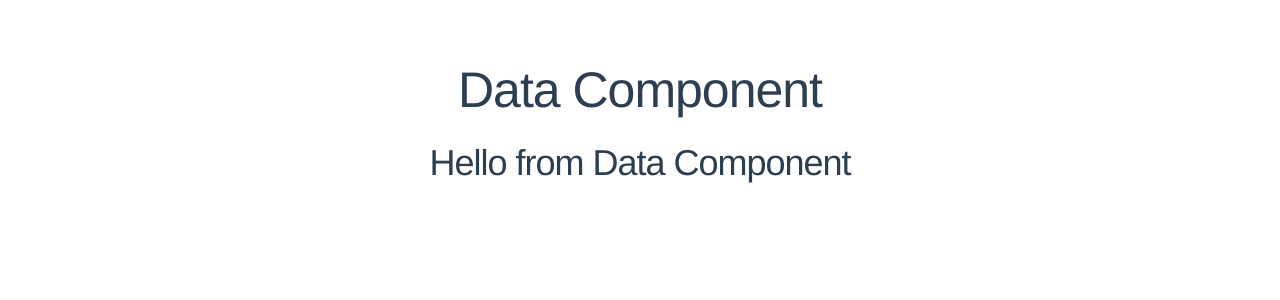
Repository: chsvk/Vue-JS-Course
Page: /
These files come from the project's save history. The page is drawn as it stood at one moment and after the next save; the edit follows.
The browser window is 1280 px wide. The pictures show the whole page.
The project was rebuilt for these pictures with package versions that can differ from the ones it lists, and the page was loaded fresh each time.

Above is the page before, as saved 2019-03-12 21:14:07.

### public/index.html
<!DOCTYPE html>
<html lang="en">
  <head>
    <meta charset="utf-8">
    <meta http-equiv="X-UA-Compatible" content="IE=edge">
    <meta name="viewport" content="width=device-width,initial-scale=1.0">
    <link rel="icon" href="<%= BASE_URL %>favicon.ico">
    <link rel="stylesheet" href="https://cdnjs.cloudflare.com/ajax/libs/skeleton/2.0.4/skeleton.min.css">
    <title>testproject</title>
  </head>
  <body>
    <noscript>
      <strong>We're sorry but testproject doesn't work properly without JavaScript enabled. Please enable it to continue.</strong>
    </noscript>
    <div id="app"></div>
    <!-- built files will be auto injected -->
  </body>
</html>

### src/App.vue
<template>
  <div id="app">
    <Data :message="message" :age="10" />
  </div>
</template>


<script>
import Data from '@/components/Data'
export default {
  name: 'app',
  components:{
    Data
  },
  data(){
    return{
      message: 'Hello from Data Component'
    }
  },


}
</script>

<style lang="scss">
#app {
  font-family: 'Avenir', Helvetica, Arial, sans-serif;
  -webkit-font-smoothing: antialiased;
  -moz-osx-font-smoothing: grayscale;
  text-align: center;
  color: #2c3e50;
  margin-top: 60px;
}
</style>

### src/components/Data.vue
<template>
    <div class="data">
        <h1>Data Component</h1>
        <h3>{{message}}</h3>
    </div>
</template>

<script>
export default {
    props: {
        message: {
            type: String,
            required: true
        },
        age: {
            type: Number,
            required: false
        }
    }
}
</script>

<style>

</style>

Loaded but not shown: src/main.js (common file)

After the next save:
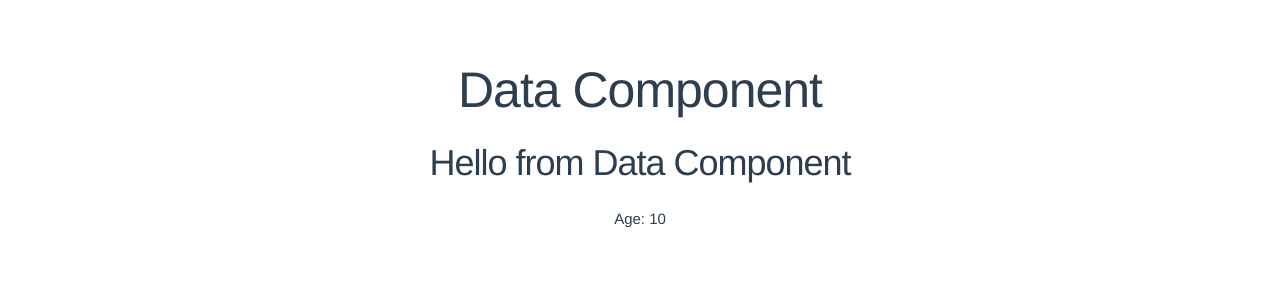
Saved 11 s later.
--- a/src/components/Data.vue
+++ b/src/components/Data.vue
@@ -2,6 +2,7 @@
     <div class="data">
         <h1>Data Component</h1>
         <h3>{{message}}</h3>
+        <p>Age: {{age}}</p>
     </div>
 </template>
 

After the save that followed:
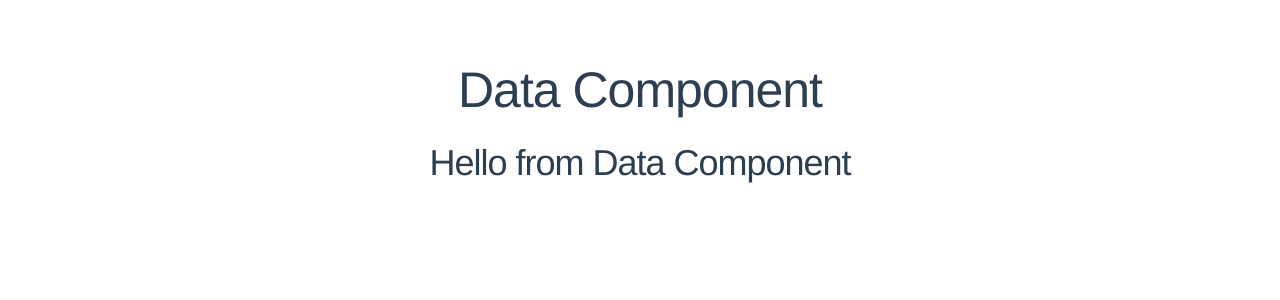
Saved 11 s later.
--- a/src/components/Data.vue
+++ b/src/components/Data.vue
@@ -2,7 +2,7 @@
     <div class="data">
         <h1>Data Component</h1>
         <h3>{{message}}</h3>
-        <p>Age: {{age}}</p>
+        <!-- <p>Age: {{age}}</p> -->
     </div>
 </template>
 
